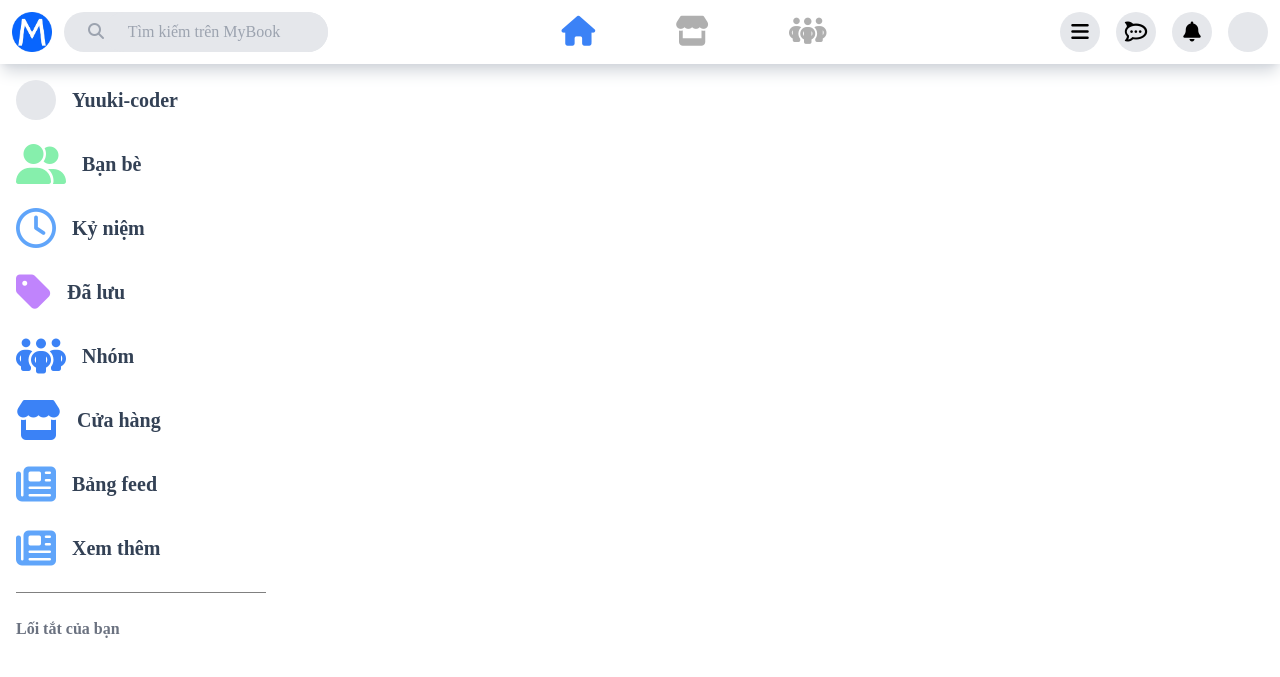
Repository: Yuukicoder/MyBook
Page: / (app in mybook/)
The author's editor kept a copy of each file at every save. The page is drawn from the files as they stood at one save, then again after the next save.
The browser window is 1280 px wide. The pictures show the whole page.
The project was rebuilt for these pictures with package versions that can differ from the ones it lists, and the page was loaded fresh each time.

Above is the page before, as saved 2023-12-13 18:13:11.

After the next save:
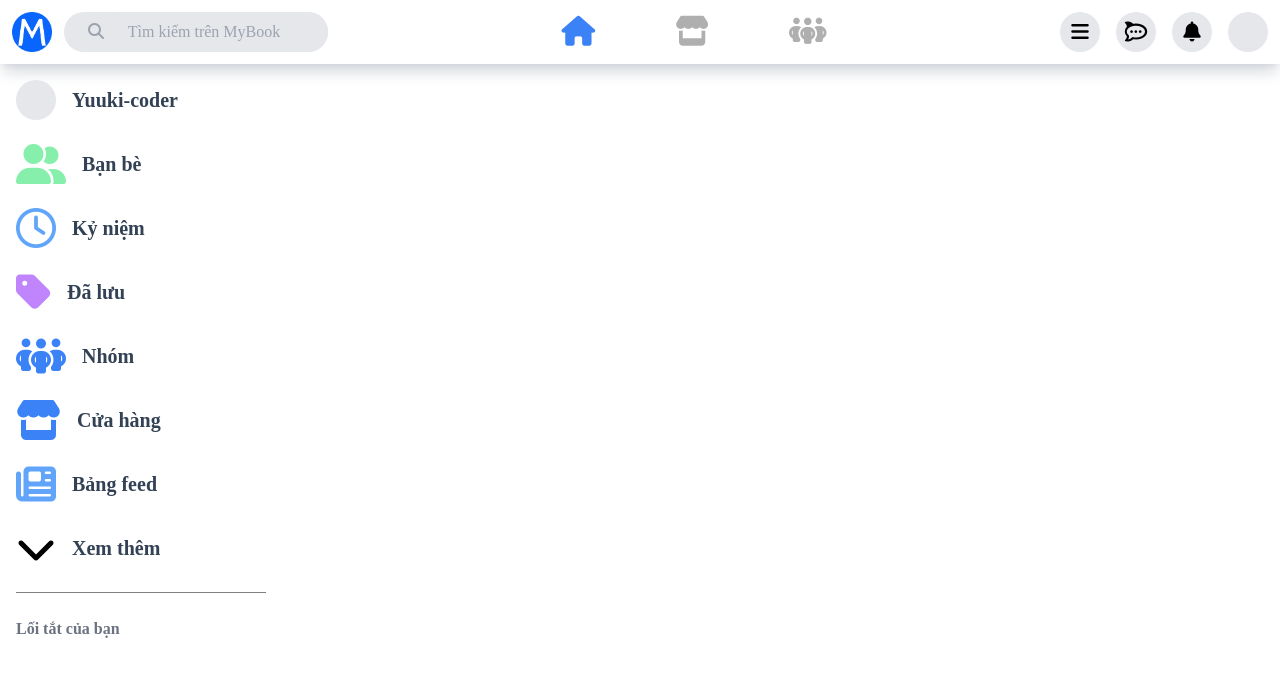
Saved 25 min 7 s later.
--- a/mybook/src/Option.js
+++ b/mybook/src/Option.js
@@ -39,7 +39,7 @@ var Option = (x) => (
 
     </div>
     <div class="flex gap-4 items-center box ">
-        <i class="fa-solid fa-newspaper text-blue-400"></i>
+    <i class="fa-solid fa-chevron-down"></i>
         <p class="font-semibold text-xl text-slate-700">Xem thêm</p>
 
     </div>
